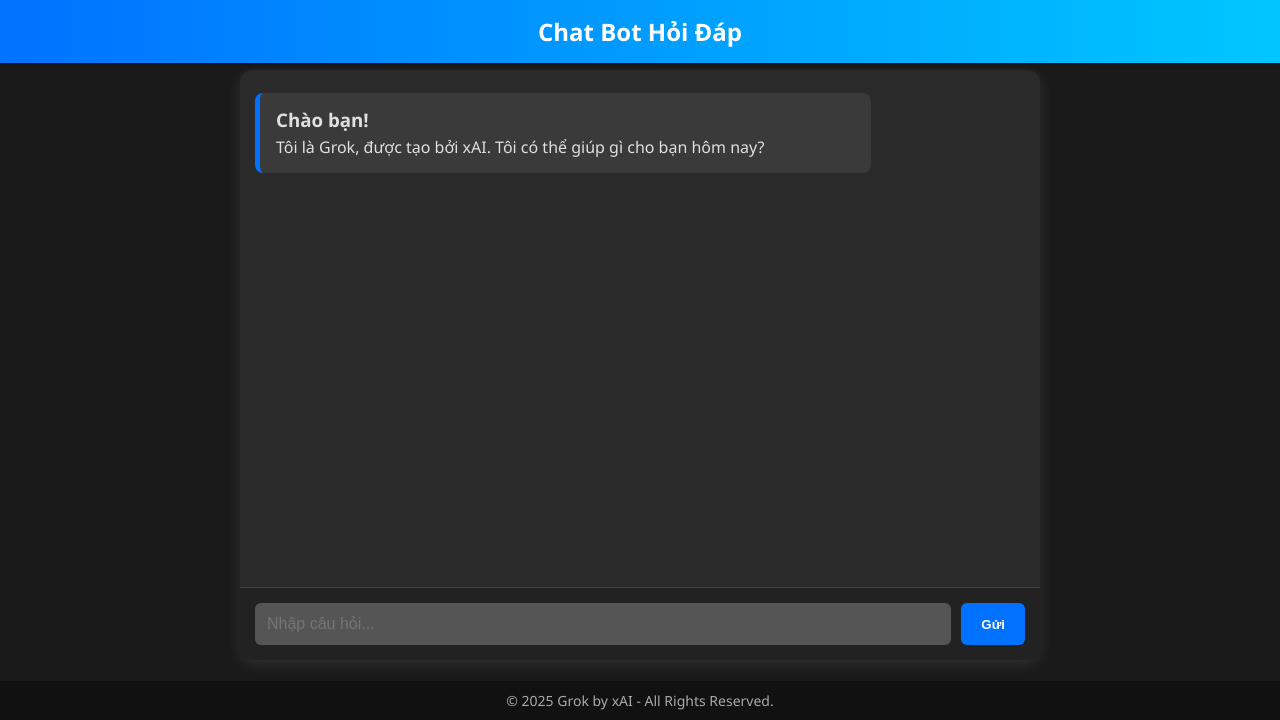
Repository: quankenda73/Prject_Final
Page: INDEX/chatbot.html
The author's editor kept a copy of each file at every save. The page is drawn from the files as they stood at one save, then again after the next save.
The browser window is 1280 px wide. The pictures show the whole page.

Above is the page before, as saved 2025-03-05 15:25:17.

### INDEX/chatbot.html
<!DOCTYPE html>
<html lang="vi">
<head>
    <meta charset="UTF-8">
    <meta name="viewport" content="width=device-width, initial-scale=1.0">
    <title>Chat Bot Hỏi Đáp</title>
    <style>
        /* Reset và cài đặt cơ bản */
        * {
            margin: 0;
            padding: 0;
            box-sizing: border-box;
        }
        body {
            font-family: 'Segoe UI', Arial, sans-serif;
            background-color: #1a1a1a;
            color: #e0e0e0;
            display: flex;
            flex-direction: column;
            min-height: 100vh;
            overflow: hidden;
        }
        /* Tiêu đề cố định */
        .header {
            background: linear-gradient(90deg, #0072ff, #00c6ff);
            color: white;
            text-align: center;
            padding: 15px;
            font-size: 24px;
            font-weight: 600;
            position: fixed;
            top: 0;
            width: 100%;
            z-index: 1000;
            box-shadow: 0 2px 5px rgba(0, 0, 0, 0.3);
        }
        /* Khung chat */
        .chat-container {
            flex-grow: 1;
            width: 90%;
            max-width: 800px;
            margin: 70px auto 60px; /* Giảm khoảng cách dưới để tránh che footer */
            background: #2a2a2a;
            border-radius: 12px;
            box-shadow: 0 4px 15px rgba(255, 255, 255, 0.1);
            display: flex;
            flex-direction: column;
            overflow: hidden;
        }
        /* Vùng hiển thị tin nhắn */
        .chat-box {
            flex-grow: 1;
            padding: 15px;
            overflow-y: auto;
            max-height: calc(100vh - 140px);
        }
        /* Tin nhắn chung */
        .chat-message {
            margin: 8px 0;
            padding: 12px 16px;
            border-radius: 8px;
            font-size: 16px;
            line-height: 1.6;
            max-width: 80%;
            word-wrap: break-word;
            position: relative;
        }
        /* Tin nhắn của bot */
        .bot-message {
            align-self: flex-start;
            background: #3a3a3a;
            color: #e0e0e0;
            border-left: 5px solid #0072ff;
        }
        /* Tin nhắn người dùng */
        .user-message {
            align-self: flex-end;
            background: #4CAF50;
            color: white;
            border-right: 5px solid #388e3c;
        }
        /* Ô nhập tin nhắn */
        .chat-input {
            display: flex;
            padding: 15px;
            background: #222;
            border-top: 1px solid #444;
        }
        .chat-input input {
            flex: 1;
            padding: 12px;
            border: none;
            border-radius: 6px;
            background: #555;
            color: #e0e0e0;
            font-size: 16px;
            outline: none;
            transition: background 0.3s;
        }
        .chat-input input:focus {
            background: #666;
        }
        .chat-input button {
            margin-left: 10px;
            padding: 12px 20px;
            background: #0072ff;
            color: white;
            border: none;
            border-radius: 6px;
            cursor: pointer;
            font-weight: 600;
            transition: background 0.3s;
        }
        .chat-input button:hover {
            background: #0056d2;
        }
        /* Footer cố định */
        .footer {
            background: #111;
            color: #aaa;
            text-align: center;
            padding: 10px;
            font-size: 14px;
            position: fixed;
            bottom: 0;
            width: 100%;
            z-index: 1000;
        }
    </style>
</head>
<body>
    <div class="header">Chat Bot Hỏi Đáp</div>
    <div class="chat-container">
        <div class="chat-box" id="chat-body">
            <div class="chat-message bot-message">
                <h3>Chào bạn!</h3>
                <p>Tôi là Grok, được tạo bởi xAI. Tôi có thể giúp gì cho bạn hôm nay?</p>
            </div>
        </div>
        <div class="chat-input">
            <input type="text" id="user-input" placeholder="Nhập câu hỏi..." onkeypress="if(event.key === 'Enter') sendMessage();" />
            <button onclick="sendMessage()">Gửi</button>
        </div>
    </div>
    <div class="footer">© 2025 Grok by xAI - All Rights Reserved.</div>
    <script>
        async function sendMessage() {
            const userInput = document.getElementById('user-input').value.trim();
            if (!userInput) return;
            appendMessage(userInput, 'user-message');
            try {
                const response = await fetch('http://localhost:3000/api/generate', {
                    method: 'POST',
                    headers: { 'Content-Type': 'application/json' },
                    body: JSON.stringify({ text: userInput })
                });
                if (!response.ok) throw new Error(`Lỗi HTTP: ${response.status}`);
                const data = await response.json();
                let botReply = extractBotReply(data);
                appendMessage(botReply, 'bot-message');
            } catch (error) {
                console.error('Lỗi:', error);
                appendMessage('<h3>Lỗi</h3><p>Lỗi kết nối server. Vui lòng thử lại sau.</p>', 'bot-message');
            }
            document.getElementById('user-input').value = '';
        }
        function extractBotReply(data) {
            return data.reply || 'Xin lỗi, tôi không hiểu câu hỏi của bạn.';
        }
        function appendMessage(text, className) {
            const chatBody = document.getElementById('chat-body');
            const messageDiv = document.createElement('div');
            messageDiv.className = `chat-message ${className}`;
            messageDiv.innerHTML = text;
            chatBody.appendChild(messageDiv);
            chatBody.scrollTop = chatBody.scrollHeight;
        }
    </script>
</body>
</html>

After the next save:
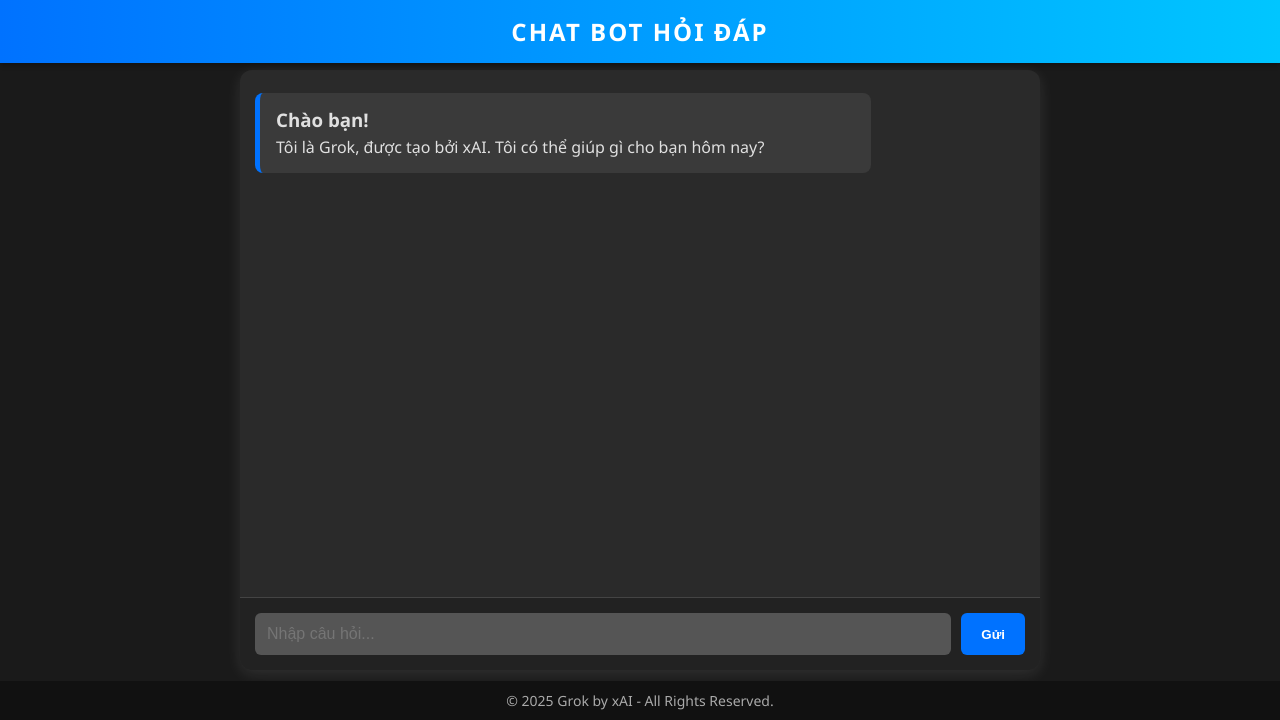
Saved 2 min 53 s later.
--- a/INDEX/chatbot.html
+++ b/INDEX/chatbot.html
@@ -11,6 +11,7 @@
             padding: 0;
             box-sizing: border-box;
         }
+
         body {
             font-family: 'Segoe UI', Arial, sans-serif;
             background-color: #1a1a1a;
@@ -20,6 +21,7 @@
             min-height: 100vh;
             overflow: hidden;
         }
+
         /* Tiêu đề cố định */
         .header {
             background: linear-gradient(90deg, #0072ff, #00c6ff);
@@ -28,18 +30,21 @@
             padding: 15px;
             font-size: 24px;
             font-weight: 600;
+            text-transform: uppercase;
+            letter-spacing: 2px;
             position: fixed;
             top: 0;
             width: 100%;
             z-index: 1000;
             box-shadow: 0 2px 5px rgba(0, 0, 0, 0.3);
         }
+
         /* Khung chat */
         .chat-container {
             flex-grow: 1;
             width: 90%;
             max-width: 800px;
-            margin: 70px auto 60px; /* Giảm khoảng cách dưới để tránh che footer */
+            margin: 70px auto 50px;
             background: #2a2a2a;
             border-radius: 12px;
             box-shadow: 0 4px 15px rgba(255, 255, 255, 0.1);
@@ -47,13 +52,29 @@
             flex-direction: column;
             overflow: hidden;
         }
+
         /* Vùng hiển thị tin nhắn */
         .chat-box {
             flex-grow: 1;
             padding: 15px;
             overflow-y: auto;
             max-height: calc(100vh - 140px);
-        }
+            scrollbar-width: thin;
+            scrollbar-color: #0072ff #333;
+        }
+
+        /* Thanh cuộn tùy chỉnh */
+        .chat-box::-webkit-scrollbar {
+            width: 8px;
+        }
+        .chat-box::-webkit-scrollbar-track {
+            background: #333;
+        }
+        .chat-box::-webkit-scrollbar-thumb {
+            background: #0072ff;
+            border-radius: 4px;
+        }
+
         /* Tin nhắn chung */
         .chat-message {
             margin: 8px 0;
@@ -65,20 +86,30 @@
             word-wrap: break-word;
             position: relative;
         }
+
         /* Tin nhắn của bot */
         .bot-message {
-            align-self: flex-start;
+            align-self: flex-start; /* Tin nhắn bot nằm bên trái */
             background: #3a3a3a;
             color: #e0e0e0;
             border-left: 5px solid #0072ff;
-        }
-        /* Tin nhắn người dùng */
+            animation: fadeIn 0.3s ease-in;
+        }
+
+        /* Tin nhắn của người dùng */
         .user-message {
-            align-self: flex-end;
+            align-self: flex-end; /* Tin nhắn người dùng nằm bên phải */
             background: #4CAF50;
             color: white;
             border-right: 5px solid #388e3c;
         }
+
+        /* Animation khi tin nhắn xuất hiện */
+        @keyframes fadeIn {
+            from { opacity: 0; transform: translateY(10px); }
+            to { opacity: 1; transform: translateY(0); }
+        }
+
         /* Ô nhập tin nhắn */
         .chat-input {
             display: flex;
@@ -114,6 +145,7 @@
         .chat-input button:hover {
             background: #0056d2;
         }
+
         /* Footer cố định */
         .footer {
             background: #111;
@@ -129,7 +161,11 @@
     </style>
 </head>
 <body>
+
+    <!-- Tiêu đề -->
     <div class="header">Chat Bot Hỏi Đáp</div>
+
+    <!-- Khung chat -->
     <div class="chat-container">
         <div class="chat-box" id="chat-body">
             <div class="chat-message bot-message">
@@ -142,31 +178,46 @@
             <button onclick="sendMessage()">Gửi</button>
         </div>
     </div>
+
+    <!-- Footer -->
     <div class="footer">© 2025 Grok by xAI - All Rights Reserved.</div>
+
     <script>
         async function sendMessage() {
             const userInput = document.getElementById('user-input').value.trim();
             if (!userInput) return;
+
             appendMessage(userInput, 'user-message');
+
             try {
                 const response = await fetch('http://localhost:3000/api/generate', {
                     method: 'POST',
                     headers: { 'Content-Type': 'application/json' },
                     body: JSON.stringify({ text: userInput })
                 });
-                if (!response.ok) throw new Error(`Lỗi HTTP: ${response.status}`);
+
+                if (!response.ok) {
+                    throw new Error(`Lỗi HTTP: ${response.status}`);
+                }
+
                 const data = await response.json();
                 let botReply = extractBotReply(data);
                 appendMessage(botReply, 'bot-message');
+
             } catch (error) {
                 console.error('Lỗi:', error);
                 appendMessage('<h3>Lỗi</h3><p>Lỗi kết nối server. Vui lòng thử lại sau.</p>', 'bot-message');
             }
+
             document.getElementById('user-input').value = '';
         }
+
+        // Trích xuất câu trả lời từ dữ liệu API
         function extractBotReply(data) {
             return data.reply || 'Xin lỗi, tôi không hiểu câu hỏi của bạn.';
         }
+
+        // Thêm tin nhắn vào khung chat
         function appendMessage(text, className) {
             const chatBody = document.getElementById('chat-body');
             const messageDiv = document.createElement('div');
